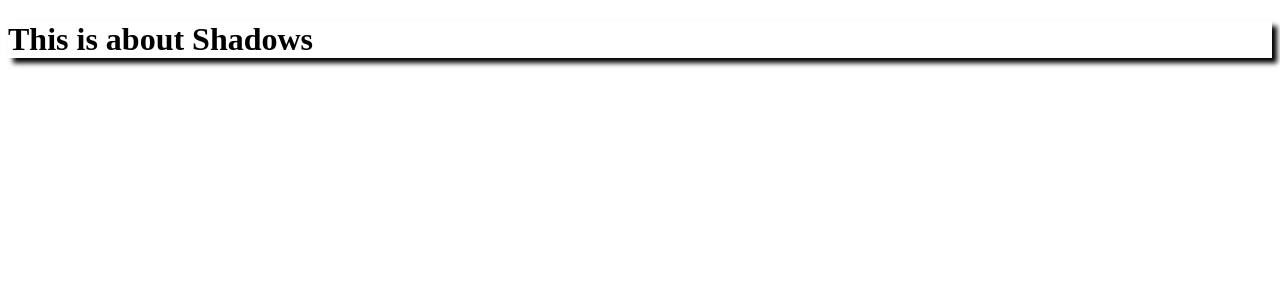
Repository: nottonofclay/csi_waymo
Page: shadows/shadows.html
These files come from the project's save history. The page is drawn as it stood at one moment and after a run of saves; the edit follows.
The browser window is 1280 px wide. The pictures show the whole page.

Above is the page before, as saved 2023-07-06 12:04:47.

### shadows/shadows.html
<!DOCTYPE html>
<html lang="en">
<head>
    <meta charset="UTF-8">
    <meta name="viewport" content="width=device-width, initial-scale=1.0">
    <title>Document</title>
    <link rel="stylesheet" href="shadows.css">
</head>
<body>
    <h1>This is about Shadows</h1>
</body>
</html>

### shadows/shadows.css
/* x-axis || y-axis || spread || color*/
h1 {
    /* text-shadow: 5px -5px 3px red, -5px 5px 3px orange, 0px 0px 5px grey; */
    box-shadow: 5px 5px 5px black
}

After the next 2 saves:
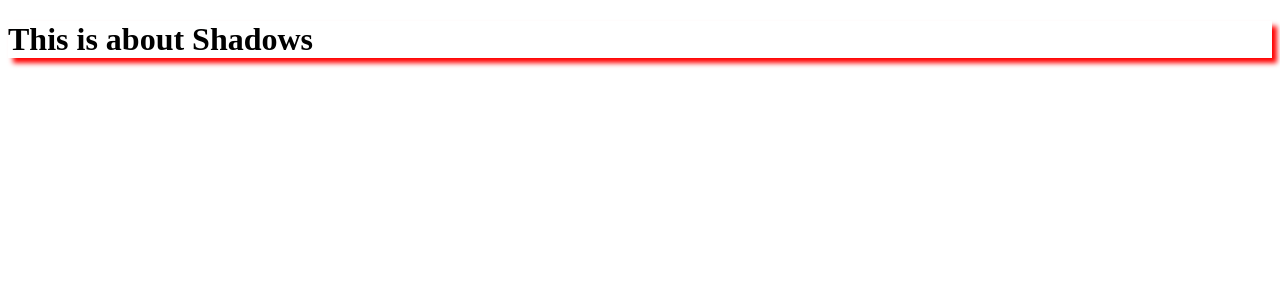
The 2 saves are shown as one change because they came seconds apart.
The last was saved 15 s later.
--- a/shadows/shadows.css
+++ b/shadows/shadows.css
@@ -1,5 +1,5 @@
 /* x-axis || y-axis || spread || color*/
 h1 {
     /* text-shadow: 5px -5px 3px red, -5px 5px 3px orange, 0px 0px 5px grey; */
-    box-shadow: 5px 5px 5px black
+    box-shadow: 5px 5px 5px red;
 }
